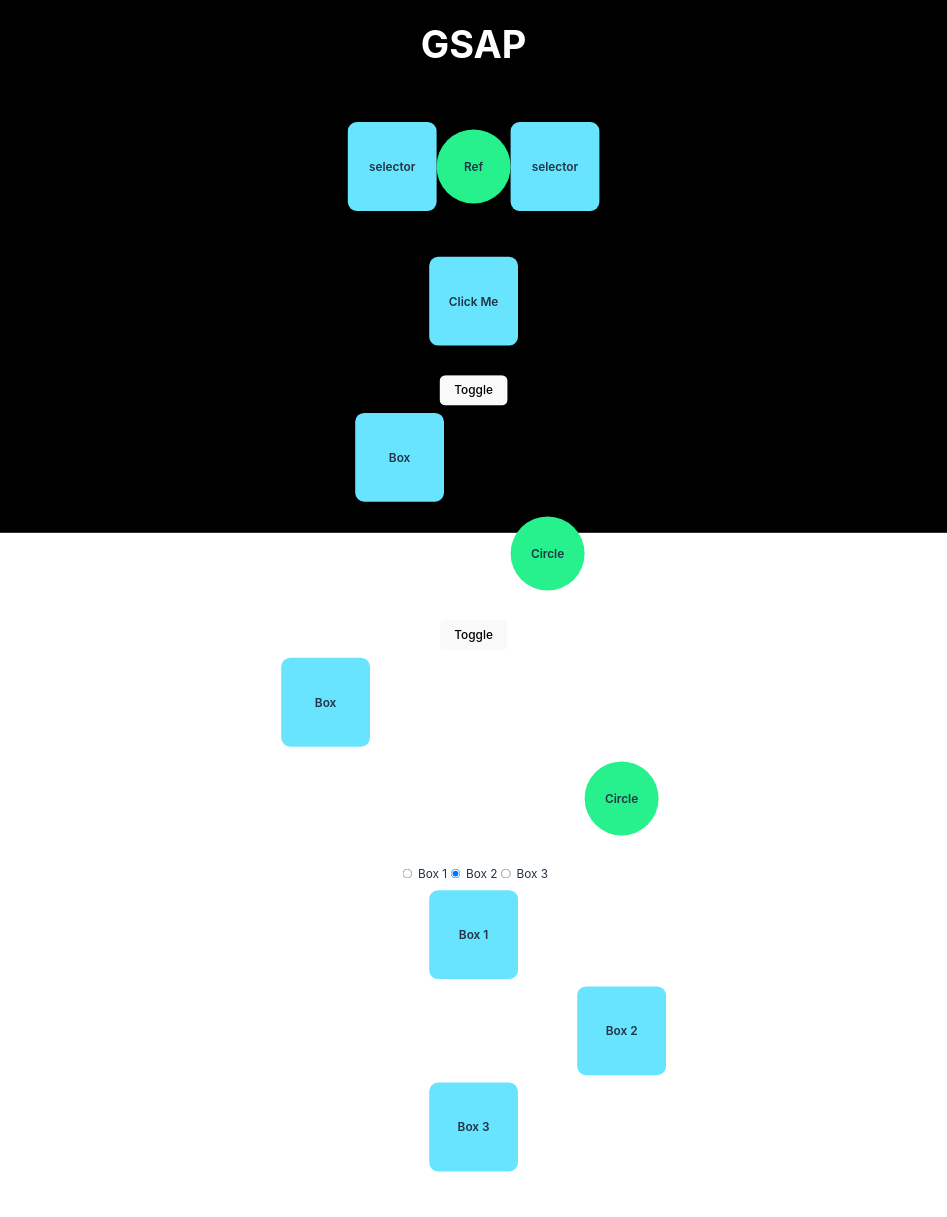
Repository: s-babaeizadeh/gsap-animation-examples
Page: /
These files come from the project's save history. The page is drawn as it stood at one moment and after the next save; the edit follows.
The browser window is 1280 px wide. The pictures show the whole page, at 74% of full size.
The project was rebuilt for these pictures with package versions that can differ from the ones it lists, and the page was loaded fresh each time. Also part of the build but not shown: vite.config.js.

Above is the page before, as saved 2024-09-10 20:34:28.

After the next save:
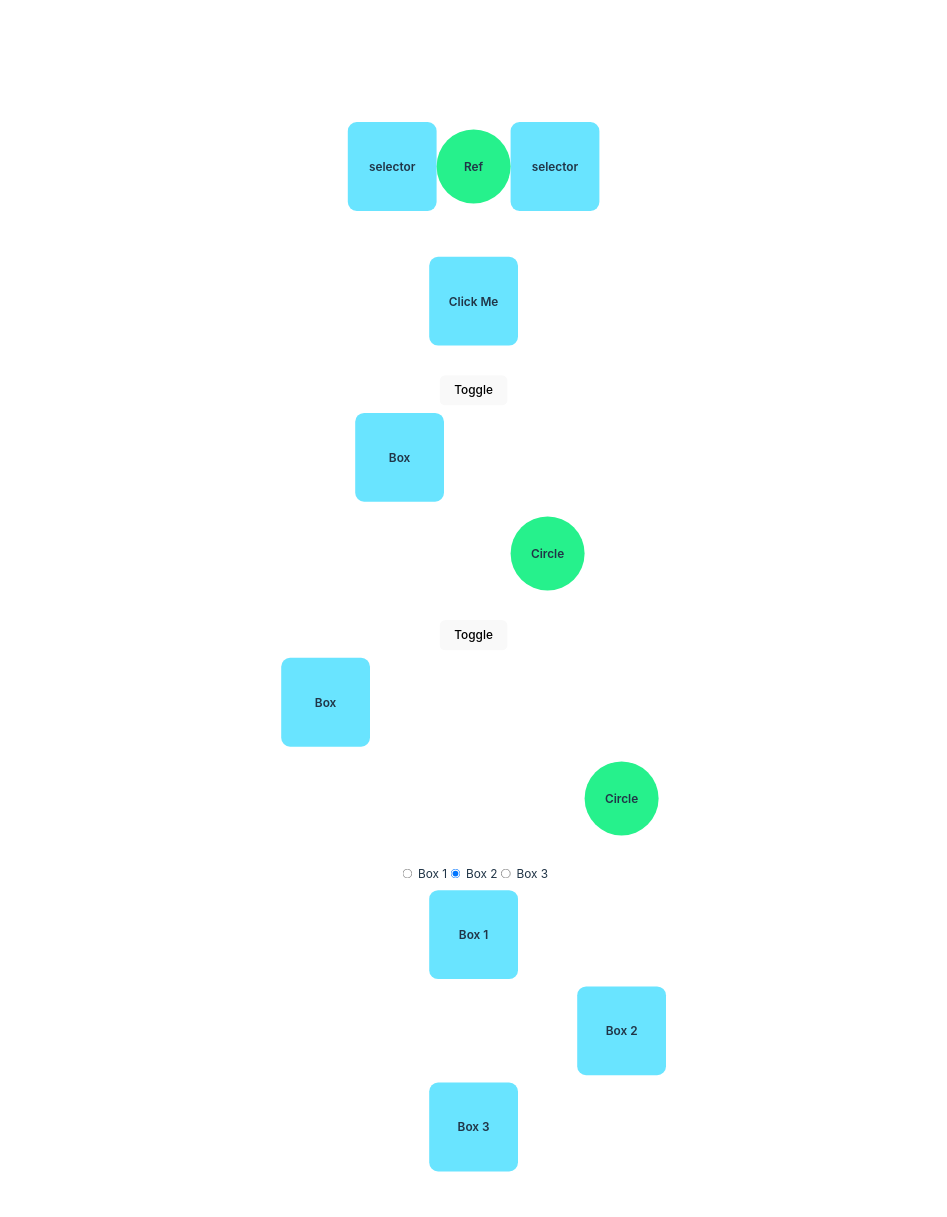
Saved 19 s later.
--- a/src/index.css
+++ b/src/index.css
@@ -5,7 +5,7 @@
 
   color-scheme: light dark;
   color: rgba(255, 255, 255, 0.87);
-  background-color: #242424;
+  /* background-color: #242424; */
 
   font-synthesis: none;
   text-rendering: optimizeLegibility;
@@ -18,7 +18,7 @@
   place-items: center;
   min-width: 320px;
   min-height: 100vh;
-  background: black;
+  /* background-color: black; */
 }
 
 h1 {

After the 2 saves that followed:
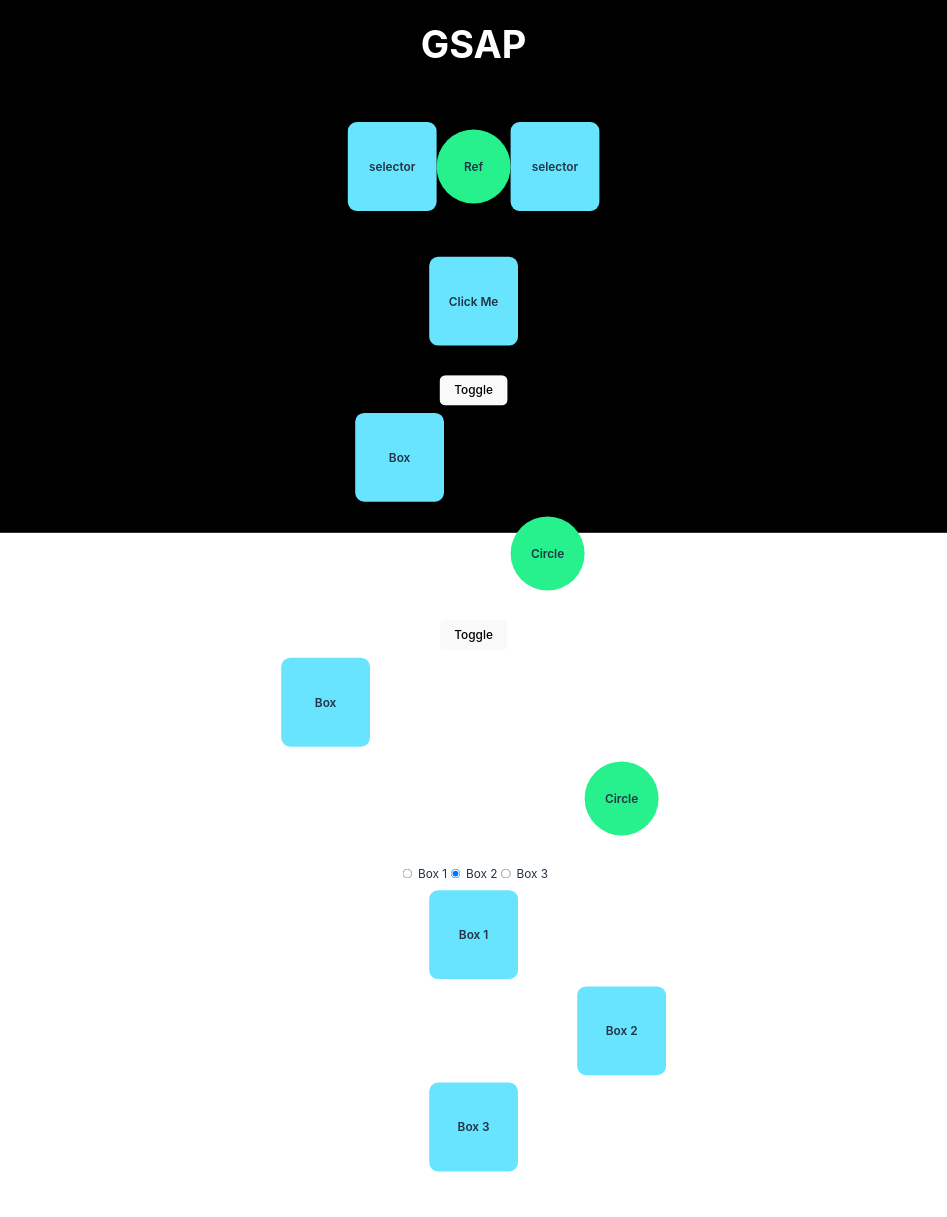
The 2 saves are shown as one change because they came seconds apart.
The last was saved 13 s later.
--- a/src/index.css
+++ b/src/index.css
@@ -5,7 +5,7 @@
 
   color-scheme: light dark;
   color: rgba(255, 255, 255, 0.87);
-  /* background-color: #242424; */
+  background-color: #242424;
 
   font-synthesis: none;
   text-rendering: optimizeLegibility;
@@ -18,7 +18,7 @@
   place-items: center;
   min-width: 320px;
   min-height: 100vh;
-  /* background-color: black; */
+  background-color: black;
 }
 
 h1 {
